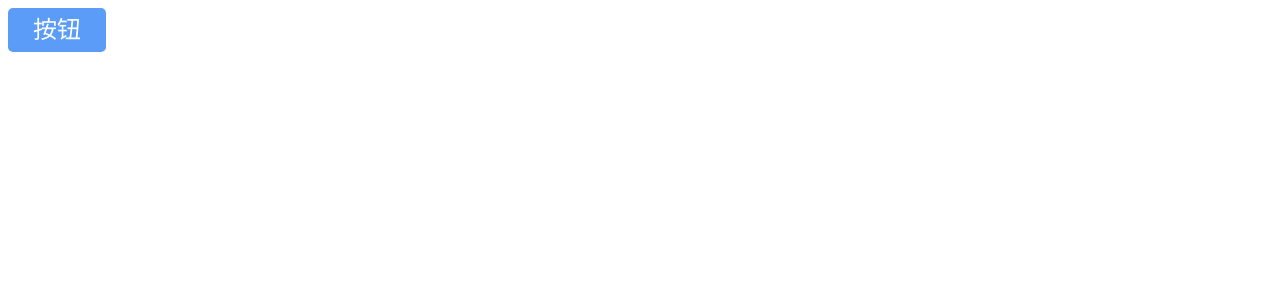
Repository: west2-online-reserve/collection-frontend
Page: / (app in work5/IMZTTTT_XD/west2-UI/)
The author's editor kept a copy of each file at every save. The page is drawn from the files as they stood at one save, then again after a run of saves.
The browser window is 1280 px wide. The pictures show the whole page.
The project was rebuilt for these pictures with package versions that can differ from the ones it lists, and the page was loaded fresh each time. Also part of the build but not shown: work5/IMZTTTT_XD/west2-UI/src/assets/main.css, work5/IMZTTTT_XD/west2-UI/packages/components/Input/Input.vue.

Above is the page before, as saved 2024-03-25 21:25:50.

### work5/IMZTTTT_XD/west2-UI/src/main.js
import './assets/main.css'

import { createApp } from 'vue'
import App from './App.vue'

import West2Ui from '@west2ui/components'
import '@west2ui/theme/index.scss'

const app = createApp(App)
app.use(West2Ui)
app.mount('#app')

### work5/IMZTTTT_XD/west2-UI/src/App.vue
<script lang="ts" setup>
import { ref } from 'vue'
const dialogVisible = ref(false)

const handleClose = (done: () => void) => {
  console.log(11)
}
</script>

<template>
  <zt-button size="large" type="primary" @click="dialogVisible = true">按钮</zt-button>
  <zt-dialog v-model="dialogVisible" title="Tips" :before-close="handleClose">
    <span>This is a message</span>
    <template #footer>
      <div class="dialog-footer">
        <zt-button @click="dialogVisible = false" size="small">Cancel</zt-button>
        <zt-button type="primary" @click="dialogVisible = false"> Confirm </zt-button>
      </div>
    </template>
  </zt-dialog>
</template>

<style scoped></style>

### work5/IMZTTTT_XD/west2-UI/packages/components/index.js
import Button from './Button'
import Input from './Input'
import Dialog from './Dialog'

const components = [Input, Button, Dialog]

const install = (app) => {
  components.forEach((component) => {
    app.component(component.name, component)
  })
}

export default {
  install
}

### work5/IMZTTTT_XD/west2-UI/packages/theme/index.scss
@use './Input.scss';
@use './Button.scss';
@use './Dialog.scss';

### work5/IMZTTTT_XD/west2-UI/packages/components/Button/index.js
import Button from './Button.vue'

Button.install = (app) => {
  // 注册组件
  app.component(Button.name, Button)
}

export default Button

### work5/IMZTTTT_XD/west2-UI/packages/components/Input/index.js
import Input from './Input.vue'

Input.install = (app) => {
  // 注册组件
  app.component(Input.name, Input)
}

export default Input

### work5/IMZTTTT_XD/west2-UI/packages/components/Dialog/index.js
import Dialog from './Dialog.vue'

Dialog.install = (app) => {
  // 注册组件
  app.component(Dialog.name, Dialog)
}

export default Dialog

### work5/IMZTTTT_XD/west2-UI/packages/theme/Input.scss
.w-input {
  border: 1px solid;
}

.w-input__inner {
  width: 100%;
  flex-grow: 1;
  font-size: inherit;
  padding: 0;
  outline: none;
  border: none;
  background: none;
  box-sizing: border-box;
}

.w-input--small {
  font-size: 12px;
  border-color: red;
  padding: 6px 8px;
}

.w-input--medium {
  font-size: 14px;
  border-color: yellow;
  padding: 8px 10px;
}

.w-input--large {
  font-size: 16px;
  border-color: green;
  padding: 10px 12px;
}

### work5/IMZTTTT_XD/west2-UI/packages/theme/Button.scss
@use './var.scss' as *;
@use './mix.scss' as *;

@include b(button) {
  // BEM规范
  align-items: center;
  display: inline-flex;
  cursor: pointer;
  outline: none;
  border: #fafafa;
  border-radius: 5px;
  user-select: none;
  min-height: 32px;
  line-height: 1;
  vertical-align: middle;
  padding: 0 10px;

  @include m(default) {
    padding: 0px 20px;
    font-size: 18px;
  }

  @include m(small) {
    padding: 0px 18px;
    font-size: 14px;
  }

  @include m(large) {
    padding: 10px 25px;
    font-size: 24px;
  }

  @include when(disabled) {
    // 针对不同类型处理
    &,
    &:hover,
    &:focus {
      cursor: not-allowed;
    }
  }

  @include when(round) {
    border-radius: 20px;
  }

  @include m(primary) {
    //渲染不同类型的button
    @include button-variant($color-white, $color-primary, $color-primary);
  }

  @include m(success) {
    @include button-variant($color-white, $color-success, $color-success);
  }

  @include m(warning) {
    @include button-variant($color-white, $color-warning, $color-warning);
  }

  @include m(danger) {
    @include button-variant($color-white, $color-danger, $color-danger);
  }

  @include m(info) {
    @include button-variant($color-white, $color-info, $color-info);
  }
}

### work5/IMZTTTT_XD/west2-UI/packages/theme/var.scss
$color-primary: #5a9cf8;
$color-white: #ffffff;
$color-black: #000000;
$color-success: #7ec050;
$color-warning: #dca550;
$color-danger: #e47470;
$color-info: #919398;
$text-color-primary: #303133;
$text-color-regular: #606266;

### work5/IMZTTTT_XD/west2-UI/packages/theme/mix.scss
@use 'config' as *;
@forward 'config';

// .z-button{}
@mixin b($block) {
  $B: $namespace + '-' + $block;

  .#{$B} {
    @content;
  }
}

// .z-button.is-desiabled
@mixin when($state) {
  @at-root {
    &.#{$state-prefix + $state} {
      @content;
    }
  }
}

// &--primary => .z-button--primary
@mixin m($modifier) {
  @at-root {
    #{& + $modifier-separator + $modifier} {
      @content;
    }
  }
}

// &__header  => .z-button__header
@mixin e($element) {
  @at-root {
    #{& + $element-separator + $element} {
      @content;
    }
  }
}

@mixin button-variant($color, $background-color, $border-color) {
  color: $color;
  background: $background-color;
  border-color: $border-color;
  &:hover {
    background-color: lighten($background-color, 10%);
  }
  &:active {
    background-color: darken($background-color, 10%);
  }

  &.disabled,
  &:disabled {
    background-color: lighten($background-color, 20%);
    color: $color;
    border-color: $border-color;
  }
}

### work5/IMZTTTT_XD/west2-UI/packages/theme/config.scss
$namespace: 'zt';
$element-separator: '__';
$modifier-separator: '--';
$state-prefix: 'is-';

### work5/IMZTTTT_XD/west2-UI/packages/theme/Dialog.scss
@use './var.scss' as *;
@use './mix.scss' as *;
.zt-dialog__wrapper {
  position: fixed;
  z-index: 9998;
  top: 0;
  left: 0;
  width: 100%;
  height: 100%;
  background-color: rgba(0, 0, 0, 0.5);
  display: flex;
  transition: opacity 0.3s ease;
}
.zt-overlay-dialog {
  width: 100%;
}
@include b(dialog) {
  // BEM规范
  align-items: center;
  background: #fff;
  position: relative;
  padding: 16px;
  box-shadow:
    0px 12px 32px 4px rgba(0, 0, 0, 0.04),
    0px 8px 20px rgba(0, 0, 0, 0.08);
  border-radius: 2px;
  margin: 15vh auto 50px;
  width: 500px;

  @include e(header) {
    margin-bottom: 16px;
  }

  @include e(title) {
    line-height: 24px;
    font-size: 18px;
    color: $text-color-primary;
  }

  @include e(body) {
    font-size: 14px;
    color: $text-color-regular;
  }

  @include e(footer) {
    padding-top: 16px;
    text-align: right;
  }
}
@include b(overlay) {
  position: fixed;
  top: 0;
  right: 0;
  bottom: 0;
  left: 0;
  overflow: auto;
}

### work5/IMZTTTT_XD/west2-UI/packages/components/Button/Button.vue
<template>
  <button
    @click="handleClick"
    :disabled="disabled"
    :class="[
      bem.b(),
      bem.m(type),
      bem.m(size),
      bem.is('disabled', disabled),
      bem.is('round', round)
    ]"
  >
    <span v-if="$slots.default"><slot></slot></span>
  </button>
</template>

<script setup>
import { useNamespace } from '../../hooks/use-namespace'
defineOptions({
  name: 'zt-button'
})
const bem = useNamespace('button')
const props = defineProps({
  type: {
    // 类型
    type: String,
    default: 'info',
    validator: (value) => ['primary', 'success', 'warning', 'danger', 'info'].includes(value)
  },
  disabled: {
    type: Boolean,
    default: false
  },
  size: {
    type: String,
    default: 'default',
    validator: (value) => ['small', 'default', 'large'].includes(value)
  },
  round: {
    type: Boolean,
    default: false
  }
})
const emit = defineEmits(['click'])

const handleClick = (event) => {
  emit('click', event)
}
</script>

### work5/IMZTTTT_XD/west2-UI/packages/components/Dialog/Dialog.vue
<template>
  <teleport :to="appendTo">
    <transition name="dialog-fade">
      <div v-show="visible" class="zt-dialog__wrapper">
        <div role="dialog" ref="dialog" :class="`${bem.namespace.value}-overlay-dialog`">
          <ZTDialogContent
            v-if="rendered"
            ref="dialogContentRef"
            :title="title"
            @close="handleClose"
          >
            <template #header>
              <slot
                v-if="!$slots.title"
                name="header"
                :close="handleClose"
                :title-class="bem.e('title')"
              />
              <slot v-else name="title" />
            </template>
            <slot />
            <template v-if="$slots.footer" #footer>
              <slot name="footer" />
            </template>
          </ZTDialogContent>
        </div>
      </div>
    </transition>
  </teleport>
</template>

<script lang="ts" setup>
import { ref, useSlots, watch, onMounted } from 'vue'
import ZTDialogContent from './DiglogContent.vue'
import { useNamespace } from '../../hooks/use-namespace'
const slots = useSlots()
const props = defineProps({
  title: {
    type: String,
    default: ''
  },
  appendTo: {
    type: String,
    default: 'body'
  },
  beforeClose: {
    type: Function
  },
  modal: {
    type: Boolean,
    default: true
  },
  modelValue: Boolean
})
const bem = useNamespace('dialog')

const dialogRef = ref<HTMLElement>()
const headerRef = ref<HTMLElement>()
const dialogContentRef = ref()
// const visible = ref(false)
const closed = ref(false)
const rendered = ref(true) // when desctroyOnClose is true, we initialize it as false vise versa

const emit = defineEmits(['update:modelValue'])

// 使用一个ref跟踪modelValue的状态，这样我们就可以在模板中控制显示或隐藏对话框
const visible = ref(props.modelValue)

// 监听modelValue prop的变化，以便更新visible的状态
watch(
  () => props.modelValue,
  (newValue) => {
    visible.value = newValue
  }
)

// 监听visible的变化，当它改变时，发出一个事件来更新父组件的modelValue
watch(visible, (newValue) => {
  emit('update:modelValue', newValue)
})

// 关闭对话框的函数现在只需要改变visible的状态
function handleClose() {
  visible.value = false // 这会触发watcher，从而发出update:modelValue事件
}

defineOptions({
  name: 'zt-dialog'
})
</script>

### work5/IMZTTTT_XD/west2-UI/packages/hooks/use-namespace.ts
import { computed, getCurrentInstance, inject, ref, unref } from 'vue'

import type { InjectionKey, Ref } from 'vue'

export const defaultNamespace = 'zt'
const statePrefix = 'is-'

const _bem = (
  namespace: string,
  block: string,
  blockSuffix: string,
  element: string,
  modifier: string
) => {
  let cls = `${namespace}-${block}`
  if (blockSuffix) {
    cls += `-${blockSuffix}`
  }
  if (element) {
    cls += `__${element}`
  }
  if (modifier) {
    cls += `--${modifier}`
  }
  return cls
}

export const namespaceContextKey: InjectionKey<Ref<string | undefined>> =
  Symbol('namespaceContextKey')

export const useGetDerivedNamespace = (namespaceOverrides?: Ref<string | undefined>) => {
  const derivedNamespace =
    namespaceOverrides ||
    (getCurrentInstance()
      ? inject(namespaceContextKey, ref(defaultNamespace))
      : ref(defaultNamespace))
  const namespace = computed(() => {
    return unref(derivedNamespace) || defaultNamespace
  })
  return namespace
}

export const useNamespace = (block: string, namespaceOverrides?: Ref<string | undefined>) => {
  const namespace = useGetDerivedNamespace(namespaceOverrides)
  const b = (blockSuffix = '') => _bem(namespace.value, block, blockSuffix, '', '')
  const e = (element?: string) => (element ? _bem(namespace.value, block, '', element, '') : '')
  const m = (modifier?: string) => (modifier ? _bem(namespace.value, block, '', '', modifier) : '')
  const be = (blockSuffix?: string, element?: string) =>
    blockSuffix && element ? _bem(namespace.value, block, blockSuffix, element, '') : ''
  const em = (element?: string, modifier?: string) =>
    element && modifier ? _bem(namespace.value, block, '', element, modifier) : ''
  const bm = (blockSuffix?: string, modifier?: string) =>
    blockSuffix && modifier ? _bem(namespace.value, block, blockSuffix, '', modifier) : ''
  const bem = (blockSuffix?: string, element?: string, modifier?: string) =>
    blockSuffix && element && modifier
      ? _bem(namespace.value, block, blockSuffix, element, modifier)
      : ''
  const is: {
    (name: string, state: boolean | undefined): string
    (name: string): string
  } = (name: string, ...args: [boolean | undefined] | []) => {
    const state = args.length >= 1 ? args[0]! : true
    return name && state ? `${statePrefix}${name}` : ''
  }

  // for css var
  // --el-xxx: value;
  const cssVar = (object: Record<string, string>) => {
    const styles: Record<string, string> = {}
    for (const key in object) {
      if (object[key]) {
        styles[`--${namespace.value}-${key}`] = object[key]
      }
    }
    return styles
  }
  // with block
  const cssVarBlock = (object: Record<string, string>) => {
    const styles: Record<string, string> = {}
    for (const key in object) {
      if (object[key]) {
        styles[`--${namespace.value}-${block}-${key}`] = object[key]
      }
    }
    return styles
  }

  const cssVarName = (name: string) => `--${namespace.value}-${name}`
  const cssVarBlockName = (name: string) => `--${namespace.value}-${block}-${name}`

  return {
    namespace,
    b,
    e,
    m,
    be,
    em,
    bm,
    bem,
    is,
    // css
    cssVar,
    cssVarName,
    cssVarBlock,
    cssVarBlockName
  }
}

export type UseNamespaceReturn = ReturnType<typeof useNamespace>

### work5/IMZTTTT_XD/west2-UI/packages/components/Dialog/DiglogContent.vue
<template>
  <div :ref="composedDialogRef" :class="dialogKls" tabindex="-1">
    <header ref="headerRef" :class="[bem.e('header')]">
      <slot name="header">
        <span role="heading" :class="bem.e('title')">
          {{ title }}
        </span>
      </slot>
      <button
        v-if="showClose"
        :class="bem.e('headerbtn')"
        type="button"
        @click="$emit('close')"
      ></button>
    </header>
    <div :class="bem.e('body')">
      <slot />
    </div>
    <footer v-if="$slots.footer" :class="bem.e('footer')">
      <slot name="footer" />
    </footer>
  </div>
</template>

<script lang="ts" setup>
import { computed, inject } from 'vue'

import { useNamespace } from '../../hooks/use-namespace'
const bem = useNamespace('dialog')
defineOptions({ name: 'ZTDialogContent' })

const dialogKls = computed(() => [bem.b(), bem.is('draggable', props.draggable)])
const props = defineProps({
  title: {
    type: String,
    default: ''
  },
  draggable: {
    type: Boolean,
    default: false
  },
  showClose: {
    type: Boolean,
    default: true
  }
})
</script>

Loaded but not shown: work5/IMZTTTT_XD/west2-UI/index.html (common file)

After the next 2 saves:
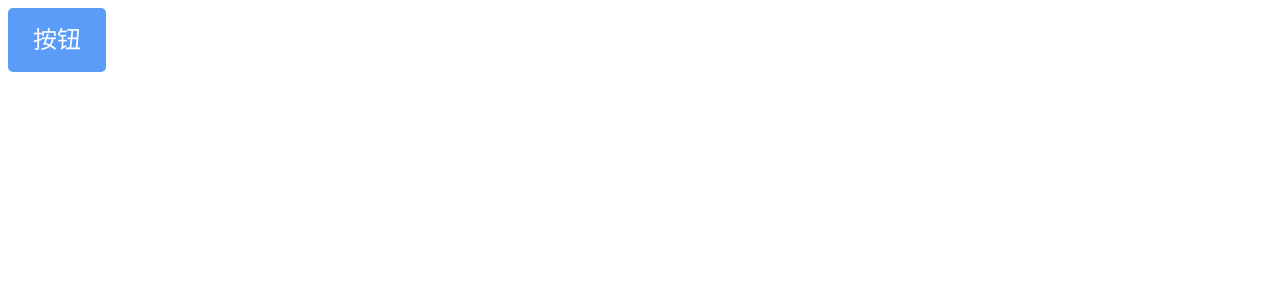
The 2 saves are shown as one change because they came seconds apart.
The last was saved 16 s later.
--- a/work5/IMZTTTT_XD/west2-UI/packages/theme/Button.scss
+++ b/work5/IMZTTTT_XD/west2-UI/packages/theme/Button.scss
@@ -16,7 +16,7 @@
   padding: 0 10px;
 
   @include m(default) {
-    padding: 0px 20px;
+    padding: 10px 20px;
     font-size: 18px;
   }
 
@@ -26,7 +26,7 @@
   }
 
   @include m(large) {
-    padding: 10px 25px;
+    padding: 20px 25px;
     font-size: 24px;
   }
 
